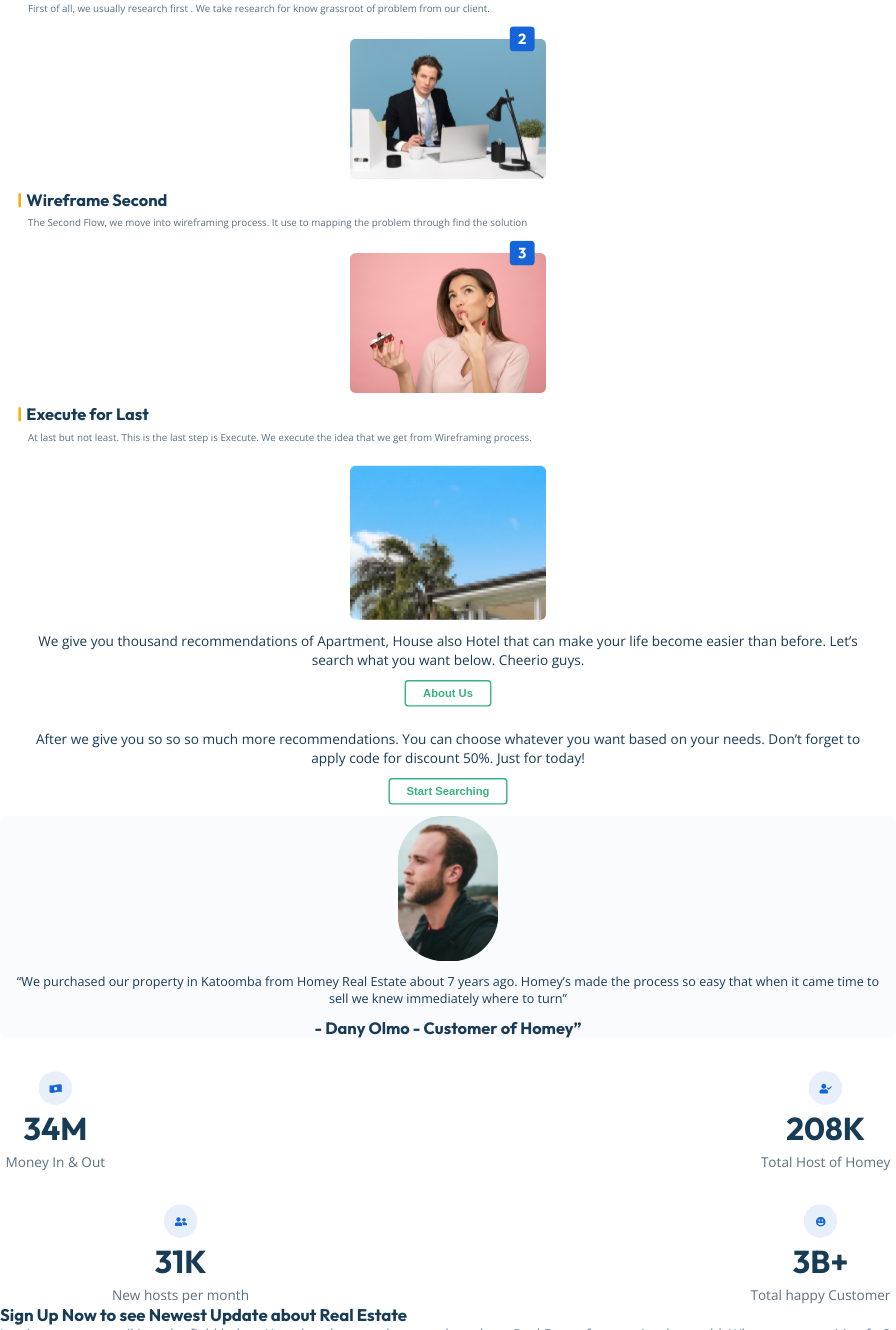
Repository: gustavoRichardt/prova-front
Page: index.html
An editor plug-in stored every save of this project. The page is shown before and after the next save, followed by the edit.
The browser window is 1280 px wide. The pictures show the part of the page from y = 2968 to 4868 px (the page is 5755 px tall), at 70% of full size.
A picture or video elsewhere on the page could not be fetched, so the positions and the page height are approximate.

Above is the page before, as saved 2026-09-01 15:11:42.

### index.html
<!DOCTYPE html>
<html lang="en">
<head>
    <meta charset="UTF-8">
    <meta name="viewport" content="width=device-width, initial-scale=1.0">
    <link rel="stylesheet" href="./style.css">


    <link rel="preconnect" href="https://fonts.googleapis.com">
<link rel="preconnect" href="https://fonts.gstatic.com" crossorigin>
<link href="https://fonts.googleapis.com/css2?family=Newsreader:ital,opsz,wght@0,6..72,200..800;1,6..72,200..800&family=Outfit:wght@100..900&family=Plus+Jakarta+Sans:ital,wght@0,200..800;1,200..800&family=Space+Grotesk:wght@300..700&display=swap" rel="stylesheet">


    <link rel="preconnect" href="https://fonts.googleapis.com">
<link rel="preconnect" href="https://fonts.gstatic.com" crossorigin>
<link href="https://fonts.googleapis.com/css2?family=Open+Sans:ital,wght@0,300..800;1,300..800&display=swap" rel="stylesheet">

<title>Document</title>
</head>
<body>

    <!--Cabeçalho-->

    <header class="cabecalho">
        <img src="imagens/logo.svg" alt="Logo da EHYA.">
        <img src="imagens/menu-hamburguer.svg" alt="Menu hambúrguer.">
    </header>

<main>

    <!--Hero-->

    <section class="hero">

        <h1>Best Real Estate Advice for Your Homey</h1>
        <p>We give you thousand recommendations of Apartment,
           House also Hotel that can make your life become easier than before. Let’s search what you want below</p>

            <!--Bloco de Pesquisa-->

            <div class="bloco-pesquisa">

            <div class="lupa-titulo">
                <img src="imagens/lupa-pesquisa.svg" alt="Lupa de pesquisa.">
                <p>Search City, Adress, or Country</p>
            </div>
                <button class="search-now">Search Now</button>
            </div>

        <div class="imagem-casa-hero">
            <img src="imagens/casa-hero.png" alt="Casa moderna na cor branca.">

            <h3>Don’t worry to Fail. We have Experienced with Big Company’s</h3>

        <!--Conjunto de Logos 1-->

        <div class="conjunto-logos1">
            <img src="imagens/logo-slack.svg" alt="Logo da Slack.">
            <img src="imagens/logo-netflix.svg" alt="Logo da Netflix.">
        </div>

        <!--Conjunto de Logos 2-->

        <div class="conjunto-logos2">
            <img src="imagens/logo-fitbit.svg" alt="Logo da Fitbit">
            <img src="imagens/logo-google.svg" alt="Logo do Google.">
        </div>

        <!--Conjunto de Logos 3-->

        <div class="conjunto-logos3">
            <img src="imagens/logo-airbnb.svg" alt="Logo da Airbnb.">
            <img src="imagens/logo-uber.svg" alt="Logo do Uber.">
        </div>
    </section>

        <!--Underline-->

            <div class="underline">
                <img src="imagens/traço-divisao.svg" alt="Underline usado para realizar a divisão das sessões quando necessário.">
            </div>

            <!--About Us-->

    <section class="about-us">

        <div class="about-us-introducao">
            <h3>ABOUT US</h3>
            <h2>Buying or Rent Homey it’s Very Easy. Just like Click, Search & Find </h2>
            <img src="imagens/casa-about-us.svg" alt="Casa minimalista na cor branca.">
        </div>


        <!--Digital Era-->

        <div class="digital-era">
            <h2>We live on Digital Era. We can help you in Our Expertise about Homey</h2>
            <p>Listing more than one? Enjoy full control over your advertisements, manage your entire space.
                Once you list a property on our platform, you only have to sit back and watch the world want it.</p>
        </div>

        <p>If you’re looking for a real estate service that will operate as an extension to your family - stay with us and see!</p>


        <!--Player e See How We Works-->

    <div class="about-us-veja">
        <img src="imagens/player.svg" alt="Símbolo de um player azul
        (como aqueles para continuar um vídeo no Youtube enquanto o mesmo está pausado).">

        <h3>See How We Works</h3>
        <img src="imagens/seta.svg" alt="Símbolo de uma seta azul.">
    </div>

    <!--Parte da Casa Verde-->

    <div class="about-us-casa-verde">
        <img src="imagens/casa-verde-about-us.svg" alt="Foto de um prédio de madeira na cor verde.">
        <h2>Transparent Commission and Payment under Our Trusted License</h2>
        <p>When your Homey Sold, Buyed or Booked with New Guests. You may to have 50% Commission based on Budget Deals.
           So, Don’t Worry brother :)</p>
    </div>

    <!--Lista de Benefícios-->

        <ul>
            <li>
                <img src="imagens/simbolo-check.svg" alt="Símbolo de check na cor verde.">
                <a>100% Trusted</a>
            </li>

            <li>
                <img src="imagens/simbolo-check.svg" alt="Símbolo de check na cor verde.">
                <a>Indomaret Support</a>
            </li>

            <li>
                <img src="imagens/simbolo-check.svg" alt="Símbolo de check na cor verde.">
                <a>LinkAja or Ovo. Bebas</a>
            </li>

            <li>
                <img src="imagens/simbolo-check.svg" alt="Símbolo de check na cor verde.">
                <a>Customer Support 24/7</a>
            </li>

            <li>
                <img src="imagens/simbolo-check.svg" alt="Símbolo de check na cor verde.">
                <a>Get paid quickly</a>
            </li>
        </ul>
    </section>

    <!--Seção How Us Work-->

    <section class="how-us-work">

    <div class="how-us-work-introducao">

        <h2>Do you want to know, How Us Work?</h2>
        <p>Let me show you the flow of our work. We want to transparent to you.
            We believe, you must know what we work for you. We want to educate you what you face today.</p>
    </div>

    <!--Card 1-->

    <div class="how-us-work-passo1">

        <img src="imagens/passo1-how-us-work.svg" alt="Pessoas em volta de um notebook pesquisando sobre um projeto.
        Com um card com o número 1 acima da imagem, simbolizando o primeiro passo.">
    </div>

        <div class="marcador-titulo-passo1">
            <img src="imagens/marcador-amarelo.svg" alt="Marcador amarelo.">
            <h3>Research First</h3>
        </div>

    <div class="p-passo1">
        <p>First of all, we usually research first . We take research for know grassroot of problem from our client.</p>
    </div>

    <!--Card 2-->

    <div class="how-us-work-passo2">

        <img src="imagens/passo2-how-us-work.svg" alt="Homem sentado em sua mesa de trabalho olhando para o horizonte em busca de soluções.
        Com um card com o número 2 acima da imagem, simbolizando o segundo passo.">
    </div>

        <div class="marcador-titulo-passo2">
            <img src="imagens/marcador-amarelo.svg" alt="Marcador amarelo.">
            <h3>Wireframe Second</h3>
        </div>

    <div class="p-passo2">
        <p>The Second Flow, we move into wireframing process. It use to mapping the problem through find the solution</p>
    </div>

    <!--Card 3-->

    <div class="how-us-work-passo3">

        <img src="imagens/passo3-how-us-work.svg" alt="Mulher comendo um doce, simbolizando a etapa final do processo.
         Com um card com o número 3 acima da imagem, simbolizando o terceiro passo.">
    </div>

         <div class="marcador-titulo-passo3">
            <img src="imagens/marcador-amarelo.svg" alt="Marcador amarelo.">
            <h3>Execute for Last</h3>
         </div>

    <div class="p-passo3">
         <p>At last but not least. This is the last step is Execute. We execute the idea that we get from Wireframing process.</p>
    </div>

    <div class="recomendacoes">
        <div class="imagem-recomendacoes">
            <img src="imagens/casa-how-us-work.png" alt="Casa de madeira com dois andares na cor branca.">
        </div>
            <p>We give you thousand recommendations of Apartment, House also Hotel that can make your life become easier than before.
                Let’s search what you want below. Cheerio guys.</p>
    </div>

    <!--Botão About Us-->

    <div class="how-us-work-about-us">
        <button class="button-about-us">About Us</button>

        <p>After we give you so so so much more recommendations.
            You can choose whatever you want based on your needs. Don’t forget to apply code for discount 50%. Just for today!</p>
    </div>

    <!--Botão Start Searching-->

        <button class="start-searching">Start Searching</button>
    </section>

    <!--Dany Olmo-->

    <section class="dany-olmo">

        <img src="imagens/dany-olmo.svg" alt="Foto de rosto de Dany Olmo, Cliente da Homey.">
        <p>“We purchased our property in Katoomba from Homey Real Estate about 7 years ago.
            Homey’s made the process so easy that when it came time to sell we knew immediately where to turn”</p>

        <h3>- Dany Olmo - Customer of Homey”</h3>
    </section>

    <section class="dados">

        <!--Dados-->

        <!--Dinheiro e Total de Hospedeiros-->

    <div class="conjunto-dados1">
        <div class="dinheiro">

            <img src="imagens/dinheiro.svg" alt="Desenho de uma nota de dinheiro.">
            <h3>34M</h3>
            <p>Money In & Out</p>
        </div>

        <div class="total-hospedeiros">

            <img src="imagens/total-hospedeiros.svg" alt="Desenho de uma pessoa com um símbolo de chech do lado.">
            <h3>208K</h3>
            <p>Total Host of Homey</p>
        </div>
    </div>

        <!--Novos Hospedeiros e Clientes Felizes-->

    <div class="conjunto-dados2">
        <div class="novos-hospedeiros">

            <img src="imagens/novos-hospedeiros.svg" alt="Duas pessoas lado a lado.">
            <h3>31K</h3>
            <p>New hosts per month</p>
        </div>

        <div class="clientes-felizes">

            <img src="imagens/clientes-felizes.svg" alt="Desenho de uma carinha com um sorriso.">
            <h3>3B+</h3>
            <p>Total happy Customer</p>
        </div>
    </div>
</section>

    <!--Cadastre-se-->

    <section class="cadastre-se">

        <h2>Sign Up Now to see Newest Update about Real Estate</h2>
        <p>Just insert your email into the field below. You already can to know update about Real Estate from entire the world.
            What are you waiting for?</p>

        <button class="email">
            <p>Your email</p>
            <img src="imagens/email.svg" alt="Símbolo da caixa de entrada do email.">
        </button>

        <p>You can Unsubsribe anytime when you feels our notif is diturbing</p>
    </section>

</main>

    <footer class="rodape">

        <!--Rodapé-->

        <ul class="rodape-product">
            <p>Product</p>
            <li><a>Landingpage</a></li>
            <li><a>Features</a></li>
            <li><a>Documentation</a></li>
            <li><a>Referral Program</a></li>
            <li><a>Pricing</a></li>
        </ul>

        <ul class="rodape-services">
            <p>Services</p>
            <li><a>Documentation</a></li>
            <li><a>Design</a></li>
            <li><a>Themes</a></li>
            <li><a>Illustrations</a></li>
            <li><a>UI Kit</a></li>
        </ul>

        <ul class="rodape-company">
            <p>Company</p>
            <li><a>About</a></li>
            <li><a>Terms</a></li>
            <li><a>Privacy Policy</a></li>
            <li><a>Careers</a></li>
        </ul>

        <ul class="rodape-more">
            <p>More</p>
            <li><a>Documentation</a></li>
            <li><a>License</a></li>
            <li><a>Changelog</a></li>
        </ul>

        <!--Final do Rodapé-->

        <img src="imagens/logo.svg" alt="Logo da EHYA.">
        <p>Build a modern and creative website with crealand</p>
        <img src="imagens/logo-redes-sociais.svg">

    </footer>

</body>
</html>

### style.css
*{
    box-sizing: border-box;
    margin: 0;
    padding: 0;
}

html, body {
    width: 100%;
    max-width: 100vw;
    overflow-x: hidden;
}

img {
    max-width: 100%;
    height: auto;
    display: block;
}

h1 {
    font-family: "Outfit", sans-serif;
    color: #183B56;
    text-align: center;
    margin-top: 3rem;
    margin-bottom: 2rem;

    font-size: clamp(2rem, 1.5714rem + 2.1429vw, 3.5rem);
}

h2 {
    color: #183B56;
    font-family: "Outfit", sans-serif;
}

h3 {
    font-family: "Outfit", sans-serif;
    color: #183B56;

    font-size: clamp(1.25rem, 1.1786rem + 0.3571vw, 1.5rem);
}

p {
    font-family: "Open Sans", sans-serif;
    color: #5A7184;

    font-size: clamp(1rem, 0.9286rem + 0.3571vw, 1.25rem);
}

/*Cabeçalho*/

.cabecalho {
    display: flex;
    justify-content: space-between;
    margin: 1rem;
}

/*Hero*/

.hero p {
    margin-left: 1rem;
    margin-right: 1rem;
    text-align: center;
}

.bloco-pesquisa {
    border-radius: 10px;
    background-color: white;
}

.lupa-titulo {
    display: flex;
    margin-top: 2rem;
    justify-content: center;
}

.search-now {
    background-color: #1565D8;
    color: white;
    display: block;
    margin: 0 auto;
    border: none;
    border-radius: 5px;
    margin-top: 1rem;
    margin-bottom: 1rem;

    font-size: clamp(1rem, 0.9643rem + 0.1786vw, 1.125rem);

    padding-top: 1rem;
    padding-bottom: 1rem;
    padding-left: 6rem;
    padding-right: 6rem;
}

.hero h3 {
    margin-left: 1rem;
    margin-right: 1rem;
    margin-bottom: 2rem;
    margin-top: 2rem;

    text-align: center;
}

.conjunto-logos1 {
    display: flex;
    gap: 3rem;
    justify-content: space-around;
    margin-left: 1rem;
    margin-right: 1rem;
    margin-bottom: 2rem;

}

.conjunto-logos2 {
    display: flex;
    gap: 3rem;
    justify-content: space-around;
    margin-left: 1rem;
    margin-right: 1rem;
    margin-bottom: 2rem;
}

.conjunto-logos3 {
    display: flex;
    gap: 3rem;
    justify-content: space-around;
    margin-left: 1rem;
    margin-right: 1rem;
    margin-bottom: 2rem;
}

.underline {
    margin-top: 2rem;
    margin-bottom: 3rem;
    display: flex;
    justify-content: center;
}

/*About Us*/

.about-us-introducao h3 {
    color: #36B37E;
    display: flex;
    justify-content: center;
    margin-bottom: 1rem;

    text-align: center;

    font-size: clamp(0.875rem, 0.875rem + 0vw, 0.875rem);
}

.about-us-introducao h2 {
    font-size: clamp(1.75rem, 1.6071rem + 0.7143vw, 2.25rem);
    font-family: "Outfit", sans-serif;
    color: #183B56;
    text-align: center;
    margin-bottom: 1rem;
    margin-left: 1rem;
    margin-right: 1rem;

    font-weight: 400;
}

.about-us-introducao img {
    display: block;
    margin: 0 auto;
    margin-bottom: 2rem;
}

.digital-era h2 {
    font-size: clamp(1.5rem, 1.3571rem + 0.7143vw, 2rem);

    text-align: center;
    margin-left: 1.25rem;
    margin-right: 1.25rem;
    margin-bottom: 2rem;
}

.digital-era p {
    margin-bottom: 1rem;
    text-align: center;
}

.about-us p {
    text-align: center;
    margin-left: 1.5rem;
    margin-right: 1.5rem;
}

.about-us-veja {
    display: flex;
    justify-content: center;
    margin-top: 1rem;
    margin-bottom: 3rem;
    gap: 0.5rem;
}

.about-us-veja h3 {
    margin-top: 0.3rem;
    color:#1565D8;
    text-align: center;
}

.about-us-casa-verde img {
    display: block;
    margin: 0 auto;
}

.about-us-casa-verde h2 {
    text-align: center;
    margin-top: 2rem;
    margin-bottom: 1rem;
}

.about-us-casa-verde p {
    margin-left: 1.25rem;
    margin-right: 1.25rem;

    margin-bottom: 2rem;
}

.about-us ul {
    font-family: "Open Sans", sans-serif;
    color: #183B56;
    text-decoration: none;
    font-size: clamp(1rem, 1rem + 0vw, 1rem);
}

.about-us li {
    display: flex;
    justify-content: center;
    margin-bottom: 1rem;
    gap: 0.5rem;
}

/*How Us Work*/

.how-us-work h2 {
    font-size: clamp(1.75rem, 1.6071rem + 0.7143vw, 2.25rem);
    text-align: center;
    margin-bottom: 1rem;
}

.how-us-work p {
    color: #183B56;
    margin-left: 1.25rem;
    margin-right: 1.25rem;
    text-align: center;

    margin-bottom: 1rem;
}

/*Card 1*/

.how-us-work-passo1 img {
    display: block;
    margin: 0 auto;
}

.marcador-titulo-passo1 {
    display: flex;
    gap: 0.5rem;

    margin-top: 1rem;
    margin-bottom: 0.5rem;
    margin-left: 1.6rem;
}

.p-passo1 p {
    text-align: left;
    margin-left: 2.5rem;
    font-size: clamp(0.875rem, 0.875rem + 0vw, 0.875rem);
    color: #5A7184;
}

/*Card 2*/

.how-us-work-passo2 img {
    display: block;
    margin: 0 auto;
}

.marcador-titulo-passo2 {
    display: flex;
    gap: 0.5rem;

    margin-top: 1rem;
    margin-bottom: 0.5rem;
    margin-left: 1.6rem;
}

.p-passo2 p {
    text-align: left;
    margin-left: 2.5rem;
    font-size: clamp(0.875rem, 0.875rem + 0vw, 0.875rem);
    color: #5A7184;
}

/*Card 3*/

.how-us-work-passo3 img {
    display: block;
    margin: 0 auto;
}

.marcador-titulo-passo3 {
    display: flex;
    gap: 0.5rem;

    margin-top: 1rem;
    margin-bottom: 0.5rem;
    margin-left: 1.6rem;
}

.p-passo3 p {
    text-align: left;
    margin-left: 2.5rem;
    margin-bottom: 2rem;
    font-size: clamp(0.875rem, 0.875rem + 0vw, 0.875rem);
    color: #5A7184;
}

.recomendacoes img {
    display: block;
    margin: 0 auto;
    margin-bottom: 1rem;
}

.recomendacoes p {
    margin-left: 1.5rem;
    margin-right: 1.5rem;
}

.button-about-us {
    border-radius: 5px;
    border: 2px solid #36B37E;
    background-color: white;
    color: #36B37E;
    font-weight: bolder;

    padding-left: 1.5rem;
    padding-right: 1.5rem;
    padding-bottom: 0.5rem;
    padding-top: 0.5rem;

    font-size: 16px;

    display: block;
    margin: 0 auto;
}

.how-us-work-about-us p {
    margin-top: 2rem;
    margin-left: 1.75rem;
    margin-right: 1.75rem;
}

.start-searching {
    border-radius: 5px;
    border: 2px solid #36B37E;
    background-color: white;
    color: #36B37E;
    font-weight: bolder;

    padding-left: 1.5rem;
    padding-right: 1.5rem;
    padding-bottom: 0.5rem;
    padding-top: 0.5rem;

    font-size: 16px;

    display: block;
    margin: 0 auto;
    margin-bottom: 1rem;
}

/*Dany Olmo*/

.dany-olmo {
    border-radius: 10px;
    background-color: #F9FBFE;
}

.dany-olmo img {
    display: block;
    margin: 0 auto;
    margin-bottom: 1rem;
}

.dany-olmo p {
    margin-left: 1.5rem;
    margin-right: 1.5rem;
    margin-bottom: 1rem;

    color: #183B56;
    font-size: 18px;
    font-weight: 350;
    text-align: center;
}

.dany-olmo h3 {
    text-align: center;
}

/*Dados*/

/*Dinheiro e Hospedeiros*/

.dinheiro {
    margin-top: 3rem;
    display: flex;
    flex-direction: column;
    gap: 5px;
    align-items: center;
}

.dinheiro img {
    width: 48px;
    height: 48px;
}

.dinheiro h3 {
    font-size: clamp(1.75rem, 1.3929rem + 1.7857vw, 3rem);
}

.total-hospedeiros {
    margin-top: 3rem;
    display: flex;
    flex-direction: column;
    gap: 5px;
    align-items: center;
}

.total-hospedeiros img {
    width: 48px;
    height: 48px;
}

.total-hospedeiros h3 {
    font-size: clamp(1.75rem, 1.3929rem + 1.7857vw, 3rem);
}

.conjunto-dados1 {
    display: flex;
   justify-content: space-between;
   margin-left: 0.5rem;
   margin-right: 0.5rem;
}

/*Novos Hospedeiros e Clientes Felizes*/

.novos-hospedeiros {
    margin-top: 3rem;
    display: flex;
    flex-direction: column;
    gap: 5px;
    align-items: center;
}

.novos-hospedeiros img {
    width: 48px;
    height: 48px;
}

.novos-hospedeiros h3 {
    font-size: clamp(1.75rem, 1.3929rem + 1.7857vw, 3rem);
}

.novos-hospedeiros p {
    text-align: center;
}

.clientes-felizes {
    margin-top: 3rem;
    display: flex;
    flex-direction: column;
    gap: 5px;
    align-items: center;
}

.clientes-felizes img {
    width: 48px;
    height: 48px;
}

.clientes-felizes h3 {
    font-size: clamp(1.75rem, 1.3929rem + 1.7857vw, 3rem);
}

.clientes-felizes p {
    text-align: center;
}

.conjunto-dados2 {
    display: flex;
   justify-content: space-between;
   margin-left: 10rem;
   margin-right: 0.5rem;
}

### imagens/traço-divisao.svg
<svg width="281" height="1" viewBox="0 0 281 1" fill="none" xmlns="http://www.w3.org/2000/svg">
<path d="M0.5 0.5H280.5" stroke="#E5EAF4" stroke-linecap="square"/>
</svg>

### imagens/player.svg
<svg width="37" height="37" viewBox="0 0 37 37" fill="none" xmlns="http://www.w3.org/2000/svg">
<g opacity="0.2">
<path fill-rule="evenodd" clip-rule="evenodd" d="M18.375 36.375C28.3161 36.375 36.375 28.3161 36.375 18.375C36.375 8.43387 28.3161 0.375 18.375 0.375C8.43387 0.375 0.375 8.43387 0.375 18.375C0.375 28.3161 8.43387 36.375 18.375 36.375Z" stroke="#1565D8" stroke-width="0.75"/>
</g>
<rect x="4.875" y="4.875" width="27" height="27" rx="13.5" fill="#1565D8"/>
<path d="M24.3438 18.5039C25.1914 19.0234 25.1914 20.2539 24.3438 20.7734L14.7188 26.4609C13.8438 26.9805 12.75 26.3516 12.75 25.3125V13.9375C12.75 12.8164 13.9258 12.3516 14.7188 12.8164L24.3438 18.5039Z" fill="white"/>
</svg>

### imagens/seta.svg
<svg width="13" height="13" viewBox="0 0 13 13" fill="none" xmlns="http://www.w3.org/2000/svg">
<path d="M5.19531 0.847656L5.79688 0.246094C6.07031 0 6.48047 0 6.72656 0.246094L12.0586 5.55078C12.3047 5.82422 12.3047 6.23438 12.0586 6.48047L6.72656 11.8125C6.48047 12.0586 6.07031 12.0586 5.79688 11.8125L5.19531 11.2109C4.94922 10.9375 4.94922 10.5273 5.19531 10.2539L8.50391 7.10938H0.65625C0.273438 7.10938 0 6.83594 0 6.45312V5.57812C0 5.22266 0.273438 4.92188 0.65625 4.92188H8.50391L5.19531 1.80469C4.94922 1.53125 4.92188 1.12109 5.19531 0.847656Z" fill="#1565D8"/>
</svg>

### imagens/simbolo-check.svg
<svg width="15" height="12" viewBox="0 0 15 12" fill="none" xmlns="http://www.w3.org/2000/svg">
<g id="Icon">
<path id="Icon_2" d="M5.09764 10.957L0.205078 6.09374C0.0683591 5.95702 0 5.78124 0 5.56639C0 5.35155 0.0683591 5.17577 0.205078 5.03905L1.28906 3.98437C1.42578 3.82812 1.59668 3.75 1.80175 3.75C2.00683 3.75 2.1875 3.82812 2.34374 3.98437L5.62499 7.26561L12.6562 0.234374C12.8125 0.078125 12.9931 0 13.1982 0C13.4033 0 13.5742 0.078125 13.7109 0.234374L14.7949 1.28906C14.9316 1.42578 15 1.60156 15 1.8164C15 2.03125 14.9316 2.20703 14.7949 2.34374L6.15233 10.957C6.01561 11.1133 5.83983 11.1914 5.62499 11.1914C5.41014 11.1914 5.23436 11.1133 5.09764 10.957Z" fill="#36B37E"/>
</g>
</svg>

### imagens/marcador-amarelo.svg
<svg width="4" height="20" viewBox="0 0 4 20" fill="none" xmlns="http://www.w3.org/2000/svg">
<rect width="4" height="20" rx="1" fill="#FAAD13"/>
</svg>

Loaded but not shown: imagens/logo-fitbit.svg (13 lines, source omitted); imagens/logo-airbnb.svg (3 lines, source omitted); imagens/logo-redes-sociais.svg (32 lines, source omitted); imagens/logo-slack.svg (15 lines, source omitted); imagens/logo.svg (10 lines, source omitted); imagens/logo-google.svg (8 lines, source omitted); imagens/logo-uber.svg (6 lines, source omitted); imagens/passo3-how-us-work.svg (16 lines, source omitted); imagens/logo-netflix.svg (3 lines, source omitted); imagens/passo2-how-us-work.svg (16 lines, source omitted); imagens/clientes-felizes.svg (4 lines, source omitted); imagens/novos-hospedeiros.svg (4 lines, source omitted); imagens/total-hospedeiros.svg (4 lines, source omitted); imagens/dinheiro.svg (4 lines, source omitted); imagens/dany-olmo.svg (14 lines, source omitted); imagens/lupa-pesquisa.svg (3 lines, source omitted); imagens/menu-hamburguer.svg (3 lines, source omitted)

After the next save:
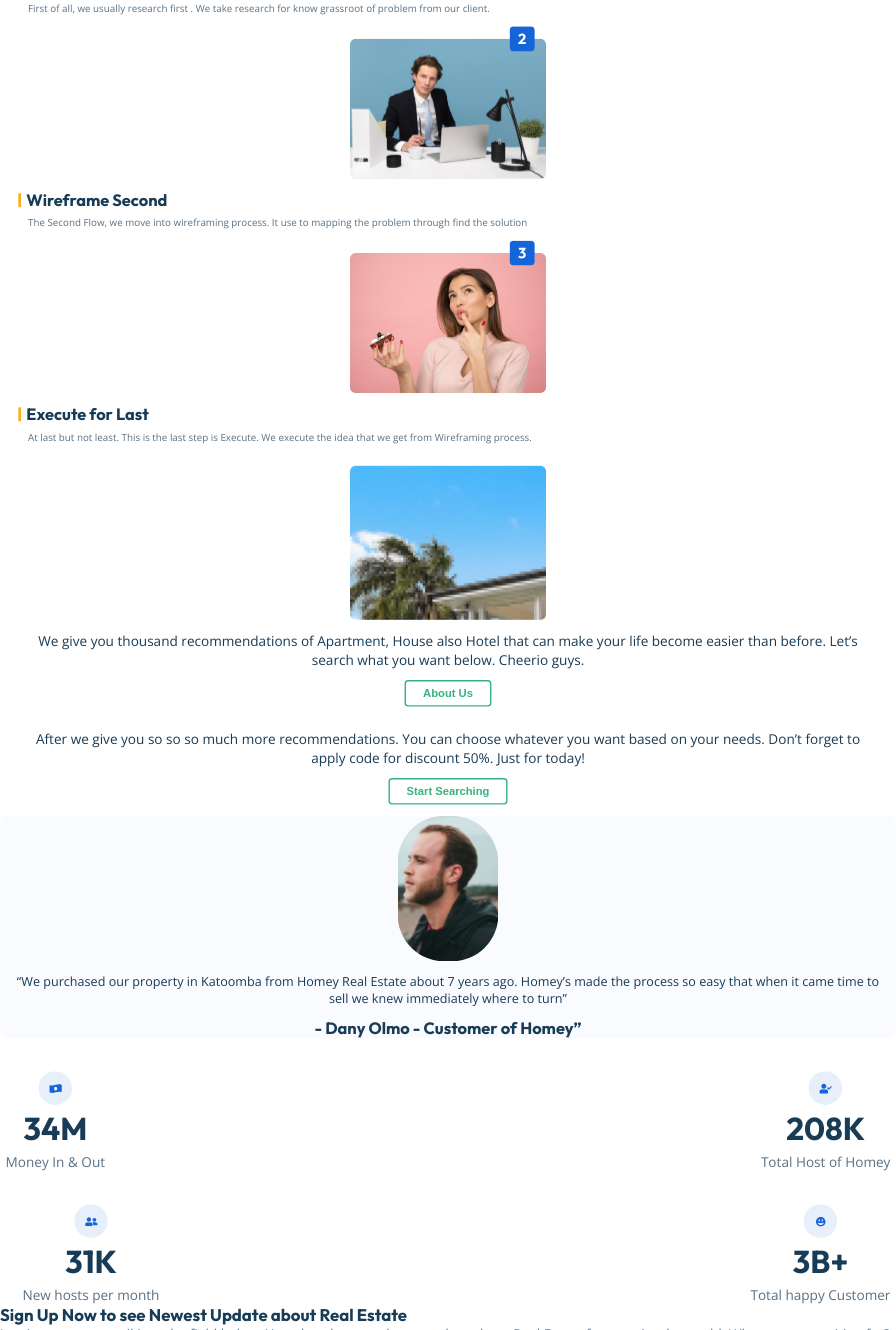
Saved 5 s later.
--- a/style.css
+++ b/style.css
@@ -492,6 +492,6 @@
 .conjunto-dados2 {
     display: flex;
    justify-content: space-between;
-   margin-left: 10rem;
+   margin-left: 2rem;
    margin-right: 0.5rem;
 }
